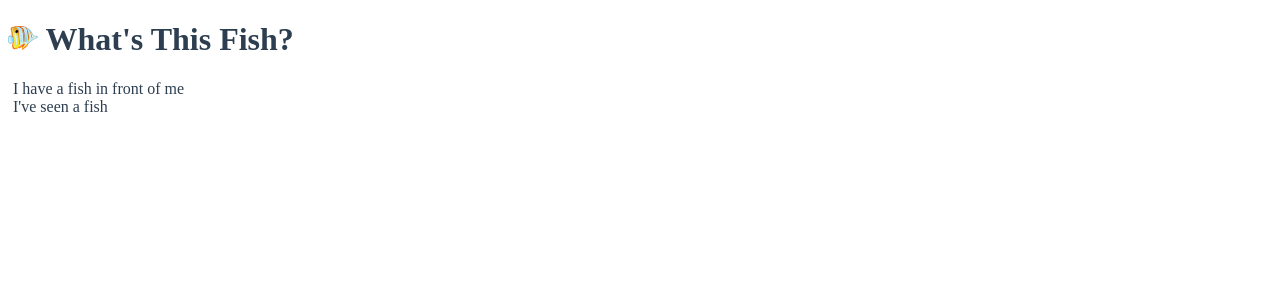
Repository: ulyfm/whatsthis.fish
Page: FishServer/externalpages/index.html
The author's editor kept a copy of each file at every save. The page is drawn from the files as they stood at one save, then again after the next save.
The browser window is 1280 px wide. The pictures show the whole page.
Some web fonts or font styles are not loaded; a fallback is used.

Above is the page before, as saved 2017-01-04 18:06:31.

After the next save:
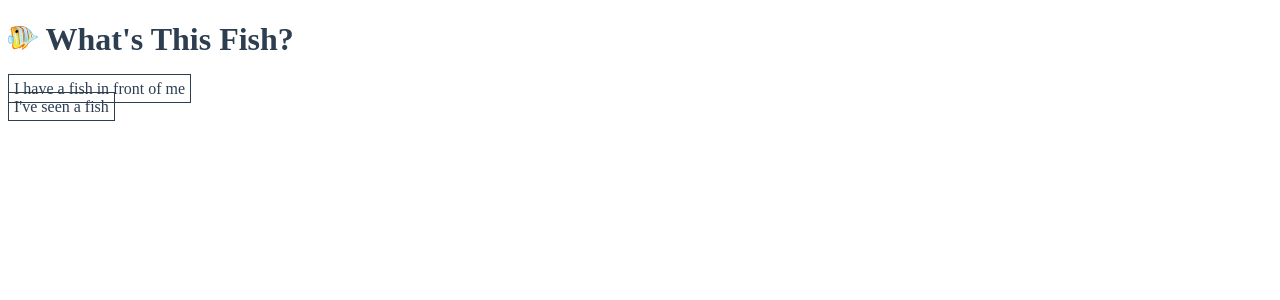
Saved 5 s later.
--- a/FishServer/externalpages/fish.css
+++ b/FishServer/externalpages/fish.css
@@ -13,4 +13,5 @@ h1 {
 	text-decoration: none;
 	color: #2c3e50;
 	padding: 5px;
+	border: 1px solid;
 }
